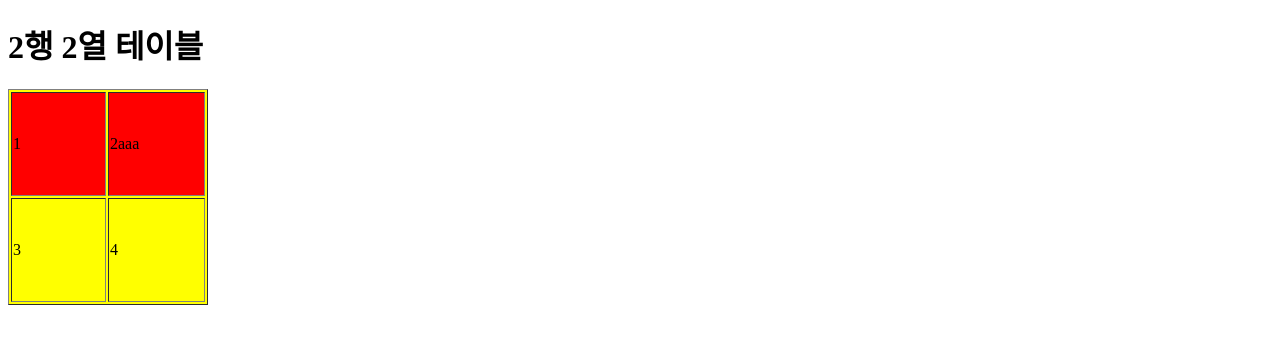
Repository: ssj5037/Class-Study
Page: [5] HTML, CSS, JavaScript/ClientTest/WebContent/Ex14_table.html
These files come from the project's save history. The page is drawn as it stood at one moment and after the next save; the edit follows.
The browser window is 1280 px wide. The pictures show the whole page.

Above is the page before, as saved 2020-06-19 07:19:37.

### [5] HTML, CSS, JavaScript/ClientTest/WebContent/Ex14_table.html
<!DOCTYPE html>
<html>
<head>
<meta charset="UTF-8">
<title>Insert title here</title>
</head>
<body>
	<!--

		Ex14_table.html

		<table>, 표
		- 표 만들 때 사용
		- 레이아웃 만들 때 사용 -> 잘 안씀 -> <div> + CSS 사용

		1. <table>
			- 큰 상자
			- 전체 컨테이너
		2. <tr>
			- 중간 상자
			- 행 역할
		3. <td>
			- 작은 상자
			- 셀 역할
			- 테이블의 데이터는 <td>가 가진다.

	 -->

	 <h1>2행 2열 테이블</h1>

	 <table border="1" width="200" height="200" bgcolor="yellow">
	 	<tr bgcolor = "red">
	 		<td width="100" height="100">1</td>
	 		<td width="100">2aaa</td>
	 	</tr>
	 	<tr>
	 		<td height="100">3</td>
	 		<td>4</td>
	 	</tr>
	 </table>

</body>
</html>

After the next save:
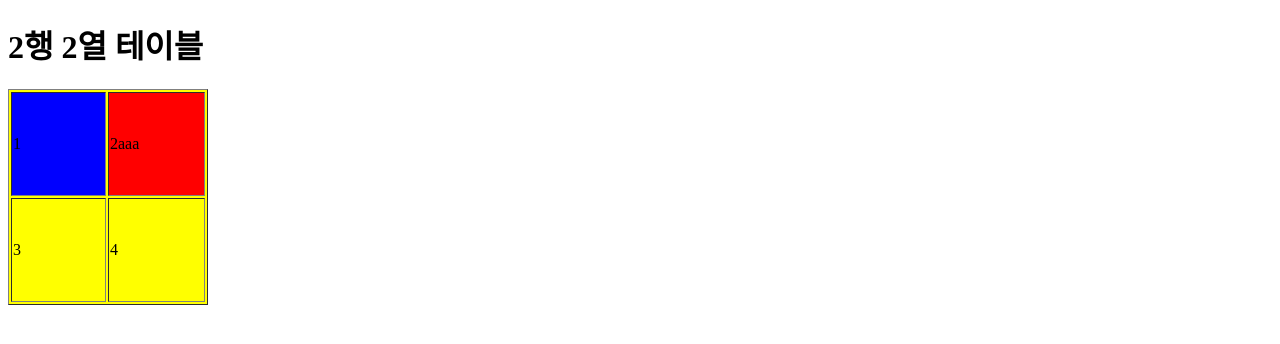
Saved 33 s later.
--- a/[5] HTML, CSS, JavaScript/ClientTest/WebContent/Ex14_table.html
+++ b/[5] HTML, CSS, JavaScript/ClientTest/WebContent/Ex14_table.html
@@ -30,7 +30,7 @@
 
 	 <table border="1" width="200" height="200" bgcolor="yellow">
 	 	<tr bgcolor = "red">
-	 		<td width="100" height="100">1</td>
+	 		<td width="100" height="100" bgcolor="blue">1</td>
 	 		<td width="100">2aaa</td>
 	 	</tr>
 	 	<tr>
